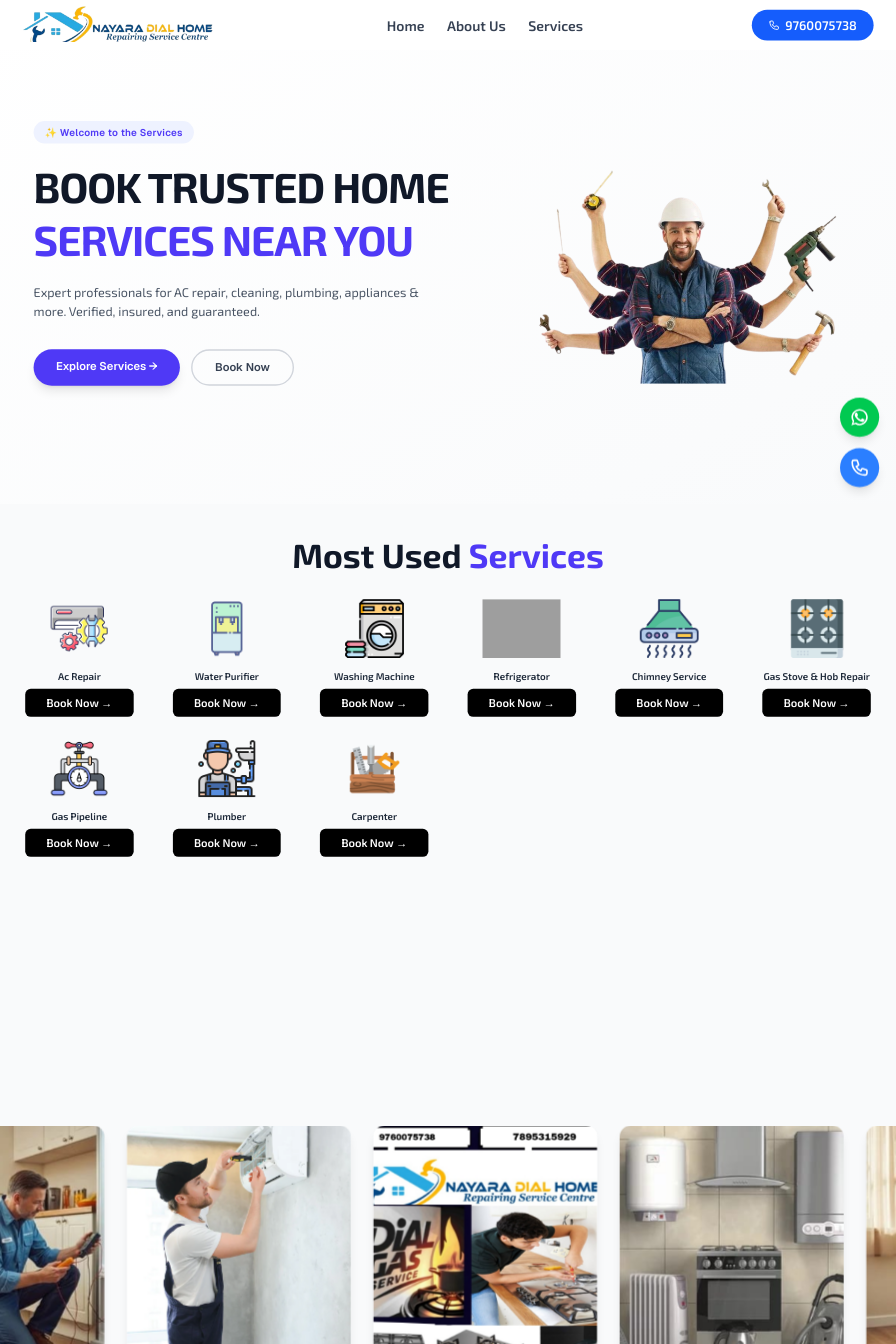
Repository: deepak445566/repai
Page: / (app in repair/)
The author's editor kept a copy of each file at every save. The page is drawn from the files as they stood at one save, then again after the next save.
The browser window is 1280 px wide. The pictures show the part of the page from y = 0 to 1920 px (the page is 4072 px tall), at 70% of full size.
Pictures or frames that could not be fetched are drawn as grey boxes. The project was rebuilt for these pictures with package versions that can differ from the ones it lists, and the page was loaded fresh each time. Some packages were replaced by stand-ins written for this rebuild. The framework's server and built-in components were replaced by stand-ins that run in the browser. Also part of the build but not shown: repair/next.config.mjs.

Above is the page before, as saved 2026-04-19 10:08:07.

### repair/src/app/layout.js
import { Abril_Fatface, Exo_2, Geist, Geist_Mono } from "next/font/google";
import "./globals.css";
import Navbar from "@/components/Navbar";
import Footer from "@/components/Footer";

const geistSans = Geist({
  variable: "--font-geist-sans",
  subsets: ["latin"],
});

const geistMono = Geist_Mono({
  variable: "--font-geist-mono",
  subsets: ["latin"],
});

const abril = Abril_Fatface({
  weight: '400',
  subsets: ['latin'],
  variable: '--font-abril',
});

const exo = Exo_2({
  subsets: ['latin'],
  weight: ['400', '600', '700'],
  variable: '--font-exo',
});

export const metadata = {
  title: "Create Next App",
  description: "Generated by create next app",
};

export default function RootLayout({ children }) {
  return (
    <html
      lang="en"
      className={`${geistSans.variable} ${geistMono.variable} ${abril.variable} ${exo.variable} h-full antialiased`}
    >
      <body className="min-h-full flex flex-col">
        <Navbar />
        <main className="flex-grow">{children}</main>
        <Footer />
      </body>
    </html>
  );
}

### repair/src/app/globals.css
@import "tailwindcss";

:root {
  --background: #ffffff;
  --foreground: #171717;
}

@theme inline {
  --color-background: var(--background);
  --color-foreground: var(--foreground);
  --font-sans: var(--font-geist-sans);
  --font-mono: var(--font-geist-mono);
}

@media (prefers-color-scheme: dark) {
  :root {
    --background: #0a0a0a;
    --foreground: #ededed;
  }
}

body {
  background: var(--background);
  color: var(--foreground);
  font-family: var(--font-parkinsans);
}



.abril {
  font-family: var(--font-abril);
}

.exo {
  font-family: var(--font-exo);
}

### repair/src/components/Navbar.jsx
'use client'

import { useState } from 'react';

export default function Navbar() {
  const [isMenuOpen, setIsMenuOpen] = useState(false);

  const handleHashLinkClick = (e, targetId) => {
    e.preventDefault();
    const targetElement = document.getElementById(targetId);
    if (targetElement) {
      targetElement.scrollIntoView({ behavior: 'smooth' });
      setIsMenuOpen(false);
    }
  };

  const handleCallClick = () => {
    window.location.href = 'tel:+919760075738';
  };

  const navLinks = [
    { name: 'Home', id: 'home' },
    { name: 'About Us', id: 'about' },
    { name: 'Services', id: 'services' },
  ];

  return (
    <div className="fixed top-0 left-0 w-full bg-white z-50">
      <div className="max-w-7xl mx-auto px-4 sm:px-6 lg:px-8">
        <div className="flex justify-between items-center h-18">

          {/* Logo */}
          <div className="flex items-center">
            <a href="/" className="flex items-center space-x-2">

             <img src="/images/logo.png"  className='w-50 h-15 lg:w-70 mb-3'/>
            </a>
          </div>

          {/* Desktop Links */}
          <div className="hidden md:flex items-center space-x-8 ">
            {navLinks.map((link) => (
              <a
                key={link.id}
                href={`#${link.id}`}
                onClick={(e) => handleHashLinkClick(e, link.id)}
                className="text-gray-700 hover:text-indigo-600 font-semibold text-xl exo transition-colors"
              >
                {link.name}
              </a>
            ))}
          </div>

          {/* Call Button */}
          <div className="hidden md:block">
            <button
              onClick={handleCallClick}
              className="flex items-center gap-2 bg-blue-600 hover:bg-white hover:text-blue-600 text-white font-semibold px-6 py-2 rounded-full transition-all duration-100 text-lg exo"
            >
              <svg className="w-4 h-4" fill="none" stroke="currentColor" viewBox="0 0 24 24">
                <path strokeLinecap="round" strokeLinejoin="round" strokeWidth={2} d="M3 5a2 2 0 012-2h3.28a1 1 0 01.948.684l1.498 4.493a1 1 0 01-.502 1.21l-2.257 1.13a11.042 11.042 0 005.516 5.516l1.13-2.257a1 1 0 011.21-.502l4.493 1.498a1 1 0 01.684.949V19a2 2 0 01-2 2h-1C9.716 21 3 14.284 3 6V5z" />
              </svg>
             9760075738
            </button>
          </div>

          {/* Mobile Menu Button */}
          <button
            onClick={() => setIsMenuOpen(!isMenuOpen)}
            className="md:hidden p-2 rounded-lg bg-gray-100"
          >
            <svg className="w-6 h-6 text-gray-700" fill="none" stroke="currentColor" viewBox="0 0 24 24">
              {isMenuOpen ? (
                <path strokeLinecap="round" strokeLinejoin="round" strokeWidth={2} d="M6 18L18 6M6 6l12 12" />
              ) : (
                <path strokeLinecap="round" strokeLinejoin="round" strokeWidth={2} d="M4 6h16M4 12h16M4 18h16" />
              )}
            </svg>
          </button>
        </div>

        {/* Mobile Menu */}
        {isMenuOpen && (
          <div className="md:hidden pb-4 space-y-3">
            {navLinks.map((link) => (
              <a
                key={link.id}
                href={`#${link.id}`}
                onClick={(e) => handleHashLinkClick(e, link.id)}
                className="block text-gray-700 hover:text-indigo-600 font-semibold py-2"
              >
                {link.name}
              </a>
            ))}
            <button
              onClick={handleCallClick}
              className="w-full flex items-center justify-center gap-2 bg-blue-600 hover:bg-blue-700 text-white font-semibold px-4 py-2.5 rounded-full"
            >
              <svg className="w-4 h-4" fill="none" stroke="currentColor" viewBox="0 0 24 24">
                <path strokeLinecap="round" strokeLinejoin="round" strokeWidth={2} d="M3 5a2 2 0 012-2h3.28a1 1 0 01.948.684l1.498 4.493a1 1 0 01-.502 1.21l-2.257 1.13a11.042 11.042 0 005.516 5.516l1.13-2.257a1 1 0 011.21-.502l4.493 1.498a1 1 0 01.684.949V19a2 2 0 01-2 2h-1C9.716 21 3 14.284 3 6V5z" />
              </svg>
              Call 9911577652
            </button>
          </div>
        )}
      </div>
    </div>
  );
}

### repair/src/components/heroPage.jsx
'use client'

import Image from 'next/image';

export default function HeroPage() {
  // Phone number - you can update this as needed
  const phoneNumber = "+919760075738";
  const whatsappNumber = "919760075738"; // Without '+' for WhatsApp API

  const handleBookNow = () => {
    window.location.href = `tel:${phoneNumber}`;
  };

  const handleWhatsApp = () => {
    window.open(`https://wa.me/${whatsappNumber}`, '_blank');
  };

  const handlePhoneCall = () => {
    window.location.href = `tel:${phoneNumber}`;
  };

  return (
    <>
      {/* Main Hero Section */}
      <div className="min-h-screen bg-gradient-to-br from-white to-gray-50 flex items-center justify-center px-4 lg:px-12 py-12">
        <div className="max-w-7xl mx-auto w-full">
          <div className="flex flex-col lg:flex-row items-center gap-12 lg:gap-10">

            {/* Left Section - 60% Width */}
            <div className="w-full lg:w-[55%] text-center lg:text-left space-y-6 mt-10 lg:mt-1">
              <div className="inline-block px-4 py-1.5 rounded-full bg-indigo-50 text-indigo-600 text-sm font-semibold tracking-wide">
                ✨ Welcome to the Services
              </div>

              <h1 className="text-4xl sm:text-5xl lg:text-6xl font-bold tracking-tight text-gray-900 leading-tight uppercase exo">
                Book Trusted Home
                <span className="text-indigo-600 block"> Services Near You</span>
              </h1>

              <p className="text-lg text-gray-600 max-w-xl mx-auto lg:mx-0 exo">
                Expert professionals for AC repair, cleaning, plumbing, appliances & more. Verified, insured, and guaranteed.
              </p>

              <div className="flex flex-col sm:flex-row gap-4 justify-center lg:justify-start pt-4">
                {/* Explore Services - Hash link */}
                <a
                  href="#services"
                  className="px-8 py-3 rounded-full bg-indigo-600 text-white font-semibold shadow-lg hover:bg-indigo-700 transition-all duration-200 transform hover:scale-105 text-center"
                >
                  Explore Services →
                </a>

                {/* Book Now - Phone number dial */}
                <button
                  onClick={handleBookNow}
                  className="px-8 py-3 rounded-full border-2 border-gray-300 text-gray-700 font-semibold hover:bg-gray-50 transition-all duration-200"
                >
                  Book Now
                </button>
              </div>
            </div>

            {/* Right Section - 40% Width */}
            <div className="w-full lg:w-[45%] flex justify-center lg:justify-end">
              <div className="relative w-full max-w-sm sm:max-w-md lg:max-w-lg">
                <div className="absolute inset-0 opacity-60 -z-10"></div>
                <div className="relative overflow-hidden">
                  <div className="relative w-[300px] h-[400px] sm:w-[350px] sm:h-[400px] lg:w-[500px] lg:h-[500px] mx-auto">
                    <Image
                      src="/images/op1.png"
                      alt="Hero Image"
                      fill
                      className="object-contain  p-4 mt-8 rounded-t-full"
                      priority
                    />
                  </div>
                </div>
              </div>
            </div>
          </div>
        </div>
      </div>

      {/* Fixed WhatsApp and Phone Buttons */}
      <div className="fixed bottom-6 right-6 z-50 flex flex-col gap-4">
        {/* WhatsApp Button */}
        <button
          onClick={handleWhatsApp}
          className="w-14 h-14 bg-green-500 rounded-full flex items-center justify-center shadow-lg hover:bg-green-600 transition-all duration-300 hover:scale-110 hover:shadow-xl"
          aria-label="WhatsApp"
        >
          <svg
            className="w-7 h-7 text-white"
            fill="currentColor"
            viewBox="0 0 24 24"
            xmlns="http://www.w3.org/2000/svg"
          >
            <path d="M17.472 14.382c-.297-.149-1.758-.867-2.03-.967-.273-.099-.471-.148-.67.15-.197.297-.767.966-.94 1.164-.173.199-.347.223-.644.075-.297-.149-1.255-.463-2.39-1.475-.883-.788-1.48-1.761-1.653-2.059-.173-.297-.018-.458.13-.606.134-.133.298-.347.446-.52.149-.174.198-.298.298-.497.099-.198.05-.371-.025-.52-.075-.149-.669-1.612-.916-2.207-.242-.579-.487-.5-.669-.51-.173-.008-.371-.01-.57-.01-.198 0-.52.074-.792.372-.272.297-1.04 1.016-1.04 2.479 0 1.462 1.065 2.875 1.213 3.074.149.198 2.095 3.2 5.076 4.487.709.306 1.263.489 1.694.625.712.227 1.36.195 1.871.118.571-.085 1.758-.719 2.006-1.413.248-.694.248-1.289.173-1.413-.074-.124-.272-.198-.57-.347z"/>
            <path d="M12 2C6.48 2 2 6.48 2 12c0 1.89.55 3.66 1.56 5.2L2 22l4.8-1.56C8.34 21.45 10.11 22 12 22c5.52 0 10-4.48 10-10S17.52 2 12 2zm0 18c-1.57 0-3.07-.44-4.36-1.27l-.31-.19-2.85.93.93-2.85-.19-.31A7.97 7.97 0 0 1 4 12c0-4.41 3.59-8 8-8s8 3.59 8 8-3.59 8-8 8z"/>
          </svg>
        </button>

        {/* Phone Button */}
        <button
          onClick={handlePhoneCall}
          className="w-14 h-14 bg-blue-500 rounded-full flex items-center justify-center shadow-lg hover:bg-blue-600 transition-all duration-300 hover:scale-110 hover:shadow-xl"
          aria-label="Phone Call"
        >
          <svg
            className="w-7 h-7 text-white"
            fill="none"
            stroke="currentColor"
            viewBox="0 0 24 24"
            xmlns="http://www.w3.org/2000/svg"
          >
            <path strokeLinecap="round" strokeLinejoin="round" strokeWidth={2} d="M3 5a2 2 0 012-2h3.28a1 1 0 01.948.684l1.498 4.493a1 1 0 01-.502 1.21l-2.257 1.13a11.042 11.042 0 005.516 5.516l1.13-2.257a1 1 0 011.21-.502l4.493 1.498a1 1 0 01.684.949V19a2 2 0 01-2 2h-1C9.716 21 3 14.284 3 6V5z" />
          </svg>
        </button>
      </div>
    </>
  );
}

### repair/src/components/image.jsx
'use client'

import Image from 'next/image';
import { useState } from 'react';

export default function MarqueeSlider() {
  const [stopScroll, setStopScroll] = useState(false);

  const cardData = [
    {
      title: "Unlock Your Creative Flow",
      image: "/images/l1.jpeg",
    },
    {
      title: "Design Your Digital Future",
      image: "/images/l2.jpeg",
    },
    {
      title: "Build with Passion, Ship with Pride",
      image: "/images/l3.jpeg",
    },
    {
      title: "Think Big, Code Smart",
      image: "/images/ac.jpg",
    },
  ];

  return (
    <>
      <style jsx>{`
        .marquee-inner {
          animation: marqueeScroll linear infinite;
        }

        @keyframes marqueeScroll {
          0% {
            transform: translateX(0%);
          }
          100% {
            transform: translateX(-50%);
          }
        }
      `}</style>

      <div className=" h-[70vh] lg:min-h-screen bg-[#F9FAFB] flex items-center justify-center">
        <div
          className="overflow-hidden w-full relative max-w-7xl mx-auto px-4"
          onMouseEnter={() => setStopScroll(true)}
          onMouseLeave={() => setStopScroll(false)}
        >


          {/* Marquee Container */}
          <div
            className="marquee-inner flex w-fit"
            style={{
              animationPlayState: stopScroll ? "paused" : "running",
              animationDuration: (cardData.length * 2.5) + "s"
            }}
          >
            <div className="flex">
              {/* Double the cards for seamless loop */}
              {[...cardData, ...cardData].map((card, index) => (
                <div
                  key={index}
                  className="w-64 sm:w-72 md:w-80 mx-4 h-80 md:h-96 relative group hover:scale-90 transition-all duration-300 rounded-2xl overflow-hidden shadow-lg"
                >
                  {/* Image Container */}
                  <div className="relative w-full h-full">
                    <Image
                      src={card.image}
                      alt={card.title}
                      fill
                      className="object-cover"
                      sizes="(max-width: 640px) 256px, (max-width: 768px) 288px, 320px"
                    />
                  </div>

                  {/* Overlay on Hover */}

                </div>
              ))}
            </div>
          </div>


        </div>
      </div>
    </>
  );
}

### repair/src/components/Service.jsx
'use client'

import Image from 'next/image';
import { useRouter } from 'next/navigation';

export default function ServicesPage() {
  const router = useRouter();

  const services = [
    { id: 1, title: "Ac Repair", image: "/images/acrepair.png" },
    { id: 2, title: "Water Purifier", image: "/images/waterrepair.png" },
    { id: 3, title: "Washing Machine", image: "/images/washrepair.png" },
    { id: 4, title: "Refrigerator", image: "/images/fridgerepair.png" },
    { id: 5, title: "Chimney Service", image: "/images/chimneyrepair.png" },
    { id: 6, title: "Gas Stove & Hob Repair", image: "/images/gasrepair.png" },
    { id: 7, title: "Gas Pipeline", image: "/images/piperepair.png" },
    { id: 8, title: "Plumber", image: "/images/plumberrepair.png" },
    { id: 9, title: "Carpenter", image: "/images/carrepair.png" },
  ];

  const handleBookNow = (serviceTitle) => {
    // Navigate to booking page with service name
    router.push(`/book?service=${encodeURIComponent(serviceTitle)}`);
  };

  return (
    <div className="min-h-screen bg-gray-50 py-12 px-4 exo" id='services'>
      <div className="max-w-7xl mx-auto" >

        <div className="text-center mb-8">
          <h2 className="text-3xl sm:text-5xl font-bold text-gray-900 mb-2" >
            Most Used <span className="text-indigo-600">Services</span>
          </h2>
        </div>

        <div className="grid grid-cols-2 lg:grid-cols-6 gap-3 md:gap-4">
          {services.map((service) => (
            <div key={service.id} className="group cursor-pointer">
              {/* Image Section */}
              <div className="relative h-20 sm:h-22 md:h-25">
                <Image
                  src={service.image}
                  alt={service.title}
                  fill
                  className="object-contain p-2 transition-transform duration-500 group-hover:scale-110"
                />
              </div>

              {/* Title Section */}
              <div className="py-2 px-1 text-center">
                <h3 className="text-xs sm:text-sm font-semibold text-gray-800  ">
                  {service.title}
                </h3>
              </div>

              {/* Book Button */}
              <div className="px-5 pb-2">
                <button
                  onClick={() => handleBookNow(service.title)}
                  className="w-full bg-black text-white text-xm font-semibold py-2  rounded-lg "
                >
                  Book Now →
                </button>
              </div>
            </div>
          ))}
        </div>
      </div>
    </div>
  );
}

### repair/src/components/whyChooseUs.jsx
import Image from 'next/image';

export default function WhyChooseUs() {
  return (
    <div className="bg-gray-50 py-12 px-4 lg:px-9 sm:py-16 exo">
      <div className="max-w-7xl mx-auto">

        {/* Header with Image */}
        <div className="text-center mb-10 sm:mb-12">
          <h2 className="text-3xl sm:text-4xl lg:text-5xl font-bold text-gray-900 mb-3 sm:mb-4">
            Why Choose <span className="text-indigo-600">Our Services</span>
          </h2>
          <p className="text-gray-600 text-base sm:text-lg max-w-2xl mx-auto px-2">
            Professional repair services you can trust for all your home appliances
          </p>
        </div>

        {/* Features Grid - Mobile: 2 columns, Tablet/Desktop: 3 columns */}
        <div className="grid grid-cols-2 lg:grid-cols-3 gap-3 sm:gap-4 md:gap-6 text-black exo">
          {/* Feature 1 */}
          <div className="bg-white rounded-xl p-4 sm:p-5 md:p-6 shadow-md hover:shadow-xl transition-all">
            <div className="w-10 h-10 sm:w-12 sm:h-12 md:w-14 md:h-14 bg-blue-100 rounded-full flex items-center justify-center mb-3 sm:mb-4">
              <svg className="w-5 h-5 sm:w-6 sm:h-6 md:w-7 md:h-7 text-blue-600" fill="none" stroke="currentColor" viewBox="0 0 24 24">
                <path strokeLinecap="round" strokeLinejoin="round" strokeWidth={2} d="M9 12l2 2 4-4m5.618-4.016A11.955 11.955 0 0112 2.944a11.955 11.955 0 01-8.618 3.04A12.02 12.02 0 003 9c0 5.591 3.824 10.29 9 11.622 5.176-1.332 9-6.03 9-11.622 0-1.042-.133-2.052-.382-3.016z" />
              </svg>
            </div>
            <h3 className="text-base sm:text-lg md:text-xl font-bold mb-1 sm:mb-2">Verified Professionals</h3>
            <p className="text-gray-600 text-xs sm:text-sm md:text-base">All service providers are thoroughly verified and trained experts</p>
          </div>

          {/* Feature 2 */}
          <div className="bg-white rounded-xl p-4 sm:p-5 md:p-6 shadow-md hover:shadow-xl transition-all">
            <div className="w-10 h-10 sm:w-12 sm:h-12 md:w-14 md:h-14 bg-green-100 rounded-full flex items-center justify-center mb-3 sm:mb-4">
              <svg className="w-5 h-5 sm:w-6 sm:h-6 md:w-7 md:h-7 text-green-600" fill="none" stroke="currentColor" viewBox="0 0 24 24">
                <path strokeLinecap="round" strokeLinejoin="round" strokeWidth={2} d="M12 8c-1.657 0-3 .895-3 2s1.343 2 3 2 3 .895 3 2-1.343 2-3 2m0-8c1.11 0 2.08.402 2.599 1M12 8V7m0 1v8m0 0v1m0-1c-1.11 0-2.08-.402-2.599-1M21 12a9 9 0 11-18 0 9 9 0 0118 0z" />
              </svg>
            </div>
            <h3 className="text-base sm:text-lg md:text-xl font-bold mb-1 sm:mb-2">Transparent Pricing</h3>
            <p className="text-gray-600 text-xs sm:text-sm md:text-base">No hidden charges. Upfront pricing before booking</p>
          </div>

          {/* Feature 3 */}
          <div className="bg-white rounded-xl p-4 sm:p-5 md:p-6 shadow-md hover:shadow-xl transition-all">
            <div className="w-10 h-10 sm:w-12 sm:h-12 md:w-14 md:h-14 bg-purple-100 rounded-full flex items-center justify-center mb-3 sm:mb-4">
              <svg className="w-5 h-5 sm:w-6 sm:h-6 md:w-7 md:h-7 text-purple-600" fill="none" stroke="currentColor" viewBox="0 0 24 24">
                <path strokeLinecap="round" strokeLinejoin="round" strokeWidth={2} d="M3 12l2-2m0 0l7-7 7 7M5 10v10a1 1 0 001 1h3m10-11l2 2m-2-2v10a1 1 0 01-1 1h-3m-6 0a1 1 0 001-1v-4a1 1 0 011-1h2a1 1 0 011 1v4a1 1 0 001 1m-6 0h6" />
              </svg>
            </div>
            <h3 className="text-base sm:text-lg md:text-xl font-bold mb-1 sm:mb-2">Background Checked</h3>
            <p className="text-gray-600 text-xs sm:text-sm md:text-base">Strict background verification for your safety</p>
          </div>

          {/* Feature 4 */}
          <div className="bg-white rounded-xl p-4 sm:p-5 md:p-6 shadow-md hover:shadow-xl transition-all">
            <div className="w-10 h-10 sm:w-12 sm:h-12 md:w-14 md:h-14 bg-orange-100 rounded-full flex items-center justify-center mb-3 sm:mb-4">
              <svg className="w-5 h-5 sm:w-6 sm:h-6 md:w-7 md:h-7 text-orange-600" fill="none" stroke="currentColor" viewBox="0 0 24 24">
                <path strokeLinecap="round" strokeLinejoin="round" strokeWidth={2} d="M12 8v4l3 3m6-3a9 9 0 11-18 0 9 9 0 0118 0z" />
              </svg>
            </div>
            <h3 className="text-base sm:text-lg md:text-xl font-bold mb-1 sm:mb-2">On-Time Guarantee</h3>
            <p className="text-gray-600 text-xs sm:text-sm md:text-base">Punctual service delivery as per your schedule</p>
          </div>

          {/* Feature 5 */}
          <div className="bg-white rounded-xl p-4 sm:p-5 md:p-6 shadow-md hover:shadow-xl transition-all">
            <div className="w-10 h-10 sm:w-12 sm:h-12 md:w-14 md:h-14 bg-yellow-100 rounded-full flex items-center justify-center mb-3 sm:mb-4">
              <svg className="w-5 h-5 sm:w-6 sm:h-6 md:w-7 md:h-7 text-yellow-600" fill="none" stroke="currentColor" viewBox="0 0 24 24">
                <path strokeLinecap="round" strokeLinejoin="round" strokeWidth={2} d="M11.049 2.927c.3-.921 1.603-.921 1.902 0l1.519 4.674a1 1 0 00.95.69h4.915c.969 0 1.371 1.24.588 1.81l-3.976 2.888a1 1 0 00-.363 1.118l1.518 4.674c.3.922-.755 1.688-1.538 1.118l-3.976-2.888a1 1 0 00-1.176 0l-3.976 2.888c-.783.57-1.838-.197-1.538-1.118l1.518-4.674a1 1 0 00-.363-1.118l-3.976-2.888c-.784-.57-.38-1.81.588-1.81h4.914a1 1 0 00.951-.69l1.519-4.674z" />
              </svg>
            </div>
            <h3 className="text-base sm:text-lg md:text-xl font-bold mb-1 sm:mb-2">Quality Service</h3>
            <p className="text-gray-600 text-xs sm:text-sm md:text-base">100% satisfaction guaranteed for all appliances</p>
          </div>

        </div>
      </div>
    </div>
  );
}

Loaded but not shown: repair/src/app/page.js (22 lines, source omitted); repair/src/components/Footer.jsx (195 lines, source omitted); repair/src/components/work.jsx (166 lines, source omitted)

After the next save:
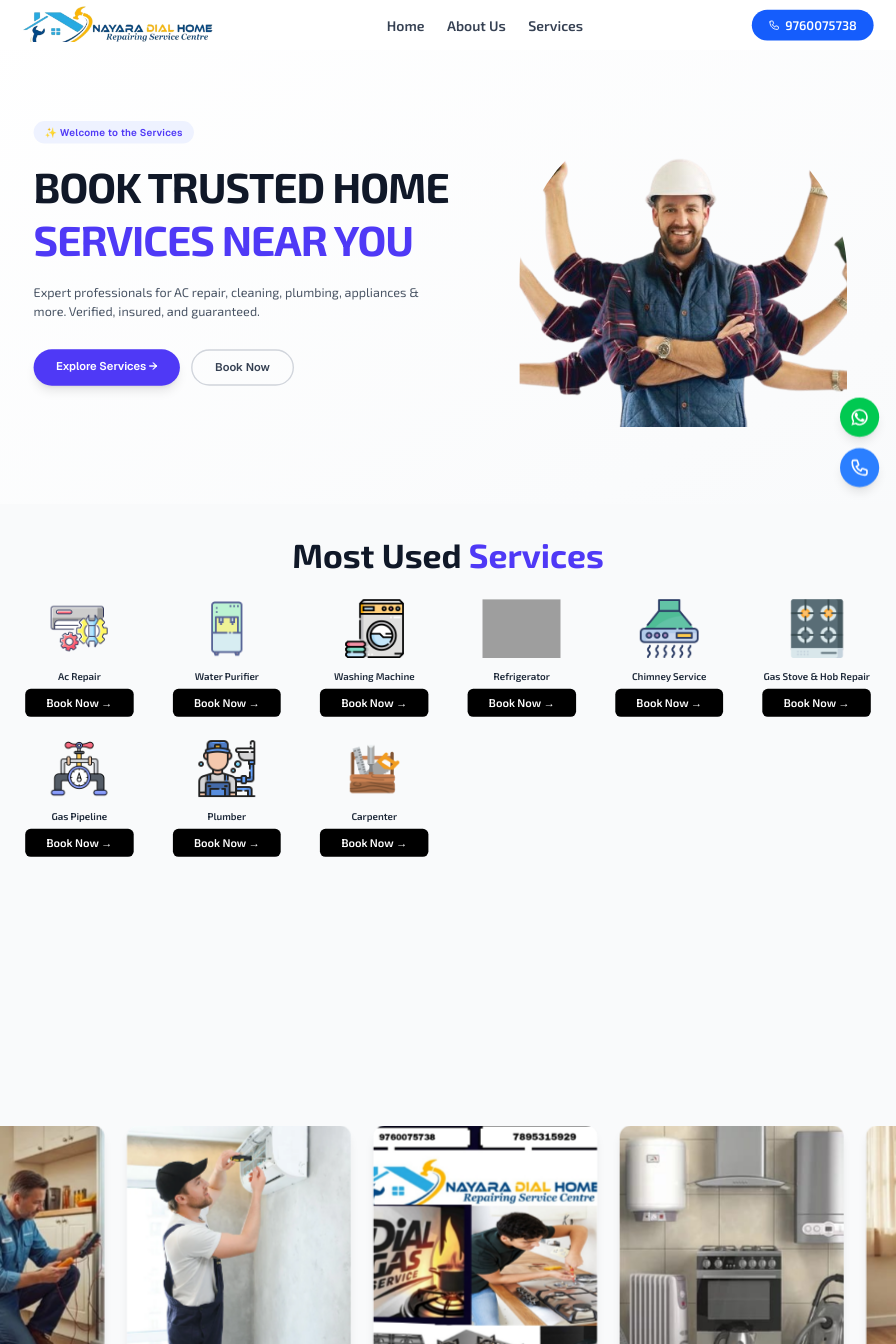
Saved 8 s later.
--- a/repair/src/components/heroPage.jsx
+++ b/repair/src/components/heroPage.jsx
@@ -70,7 +70,7 @@
                       src="/images/op1.png"
                       alt="Hero Image"
                       fill
-                      className="object-contain  p-4 mt-8 rounded-t-full"
+                      className="object-cover  p-4 mt-8 rounded-t-full"
                       priority
                     />
                   </div>
